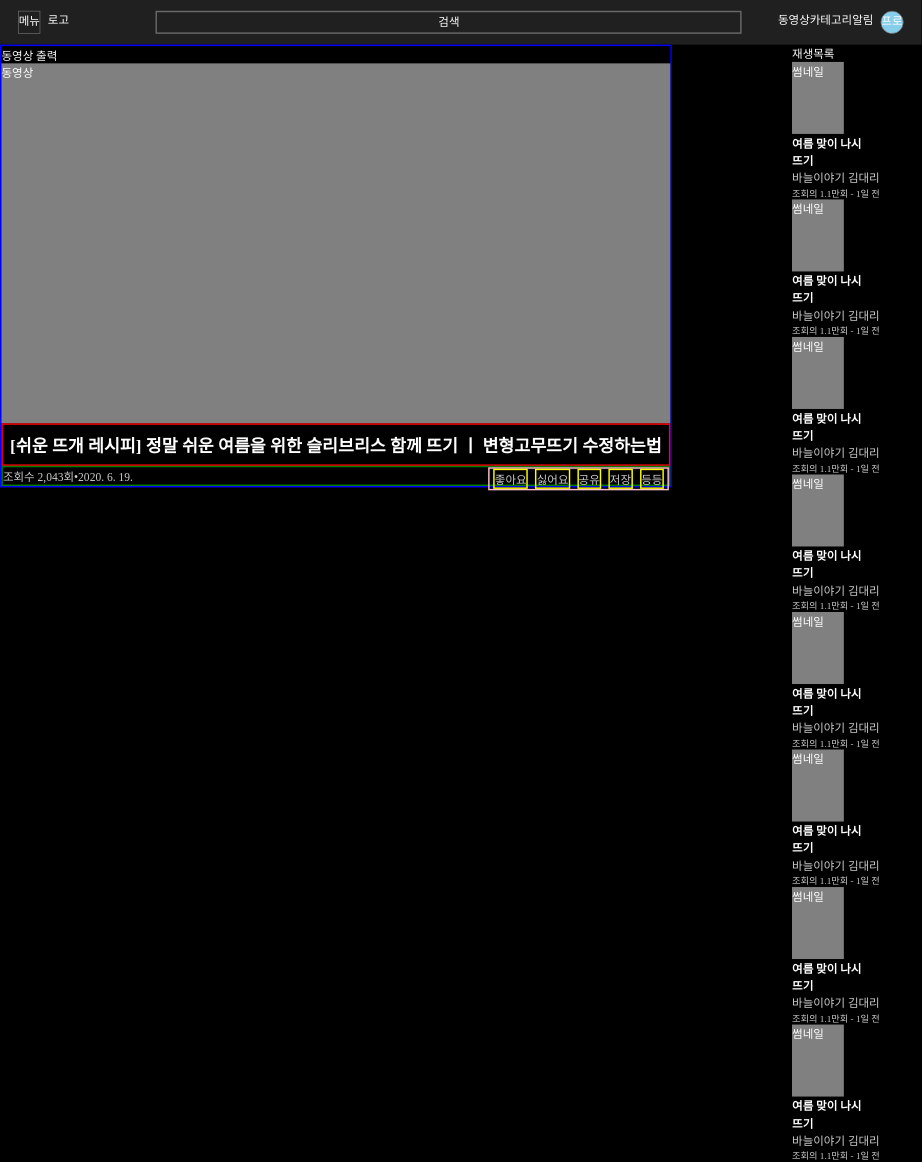
Repository: roseline0912/LikeLion
Page: YouTube_Clone/youtube.html
The author's editor kept a record of every edit. The page is drawn from the files as they stood at one moment, then again after the next edit.
The browser window is 1280 px wide. The pictures show the whole page, at 72% of full size.

Above is the page before.

After the next edit:
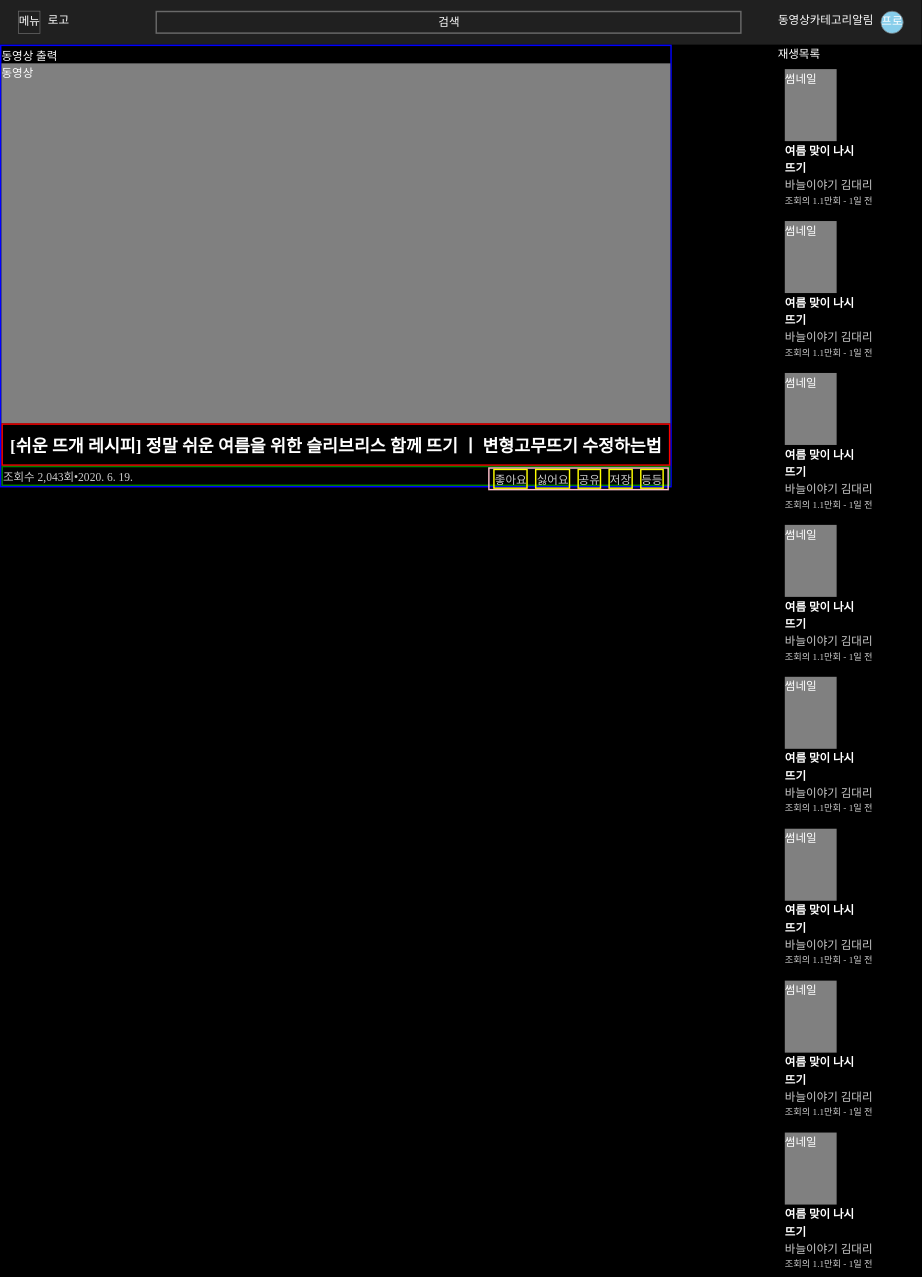
The edit:
--- a/YouTube_Clone/youtube.css
+++ b/YouTube_Clone/youtube.css
@@ -95,7 +95,7 @@
 .list_item div {
     border:green 1px solid;  /*임시 border를 만들어서 보기편하게 해줍니다.*/
 }
-.list_item{
+.list-item{
     padding:10px;         /*listing되는 item들은 안쪽으로 여백이 있으니 padding값을 줍니다.*/
 }
 .list-thumbnail{
